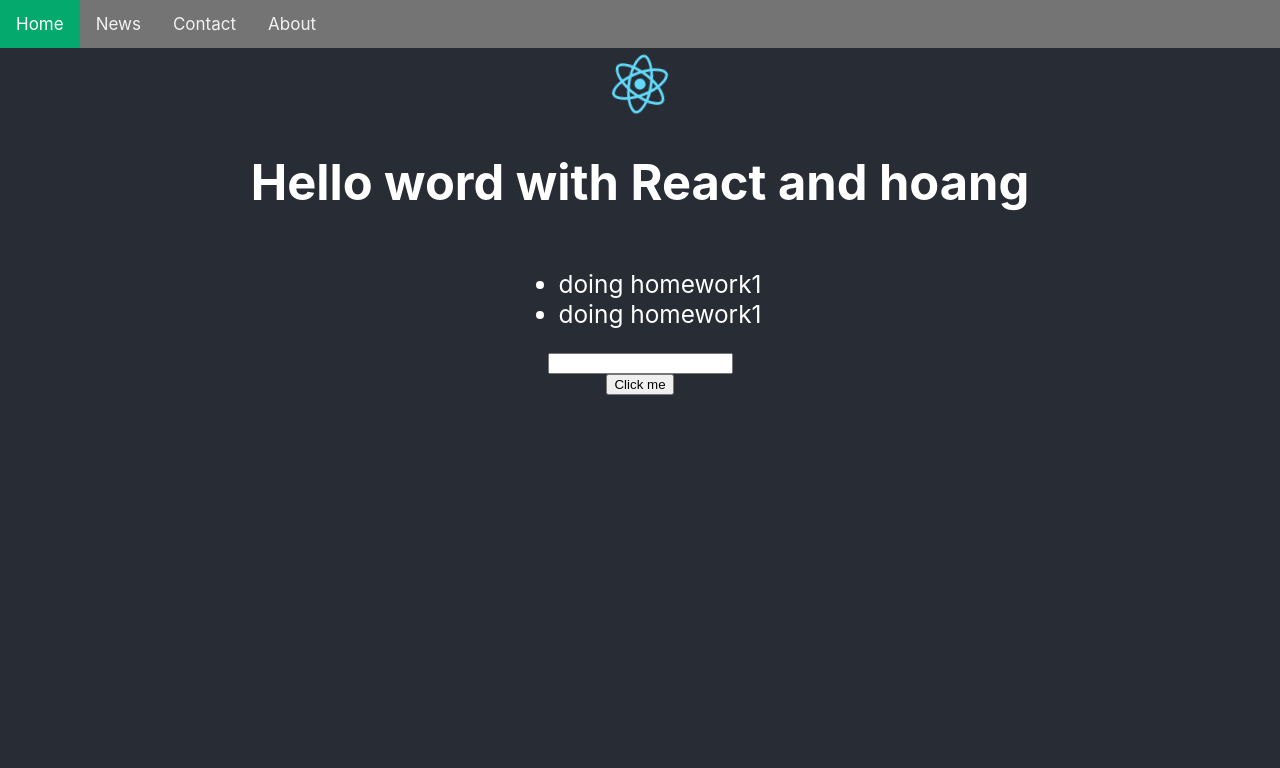
Repository: hoang0508/ReactJsHookBasic
Page: /todo
An editor plug-in stored every save of this project. The page is shown before and after the next save, followed by the edit.
The browser window is 1280 px wide. The pictures show the whole page.
The project was rebuilt for these pictures with package versions that can differ from the ones it lists, and the page was loaded fresh each time.

Above is the page before, as saved 2021-11-09 22:05:49.

After the next save:
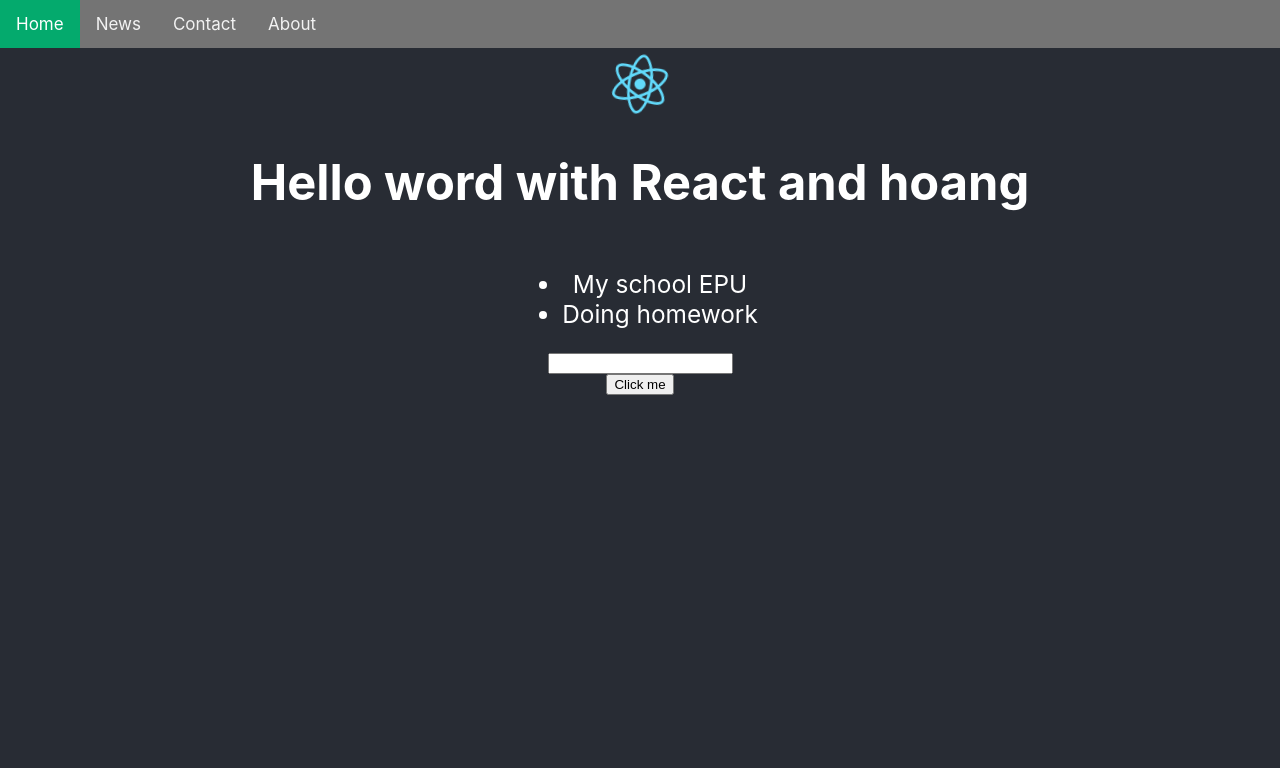
Saved 110 s later.
--- a/src/App.js
+++ b/src/App.js
@@ -31,7 +31,7 @@
         <h1>Hello word with React and {name}</h1>
         <ul className="todo-container">
           {todos.map((todo) => {
-            return <li className="todo-child">doing homework1</li>;
+            return <li className="todo-child">{todo.title}</li>;
           })}
         </ul>
         <input
